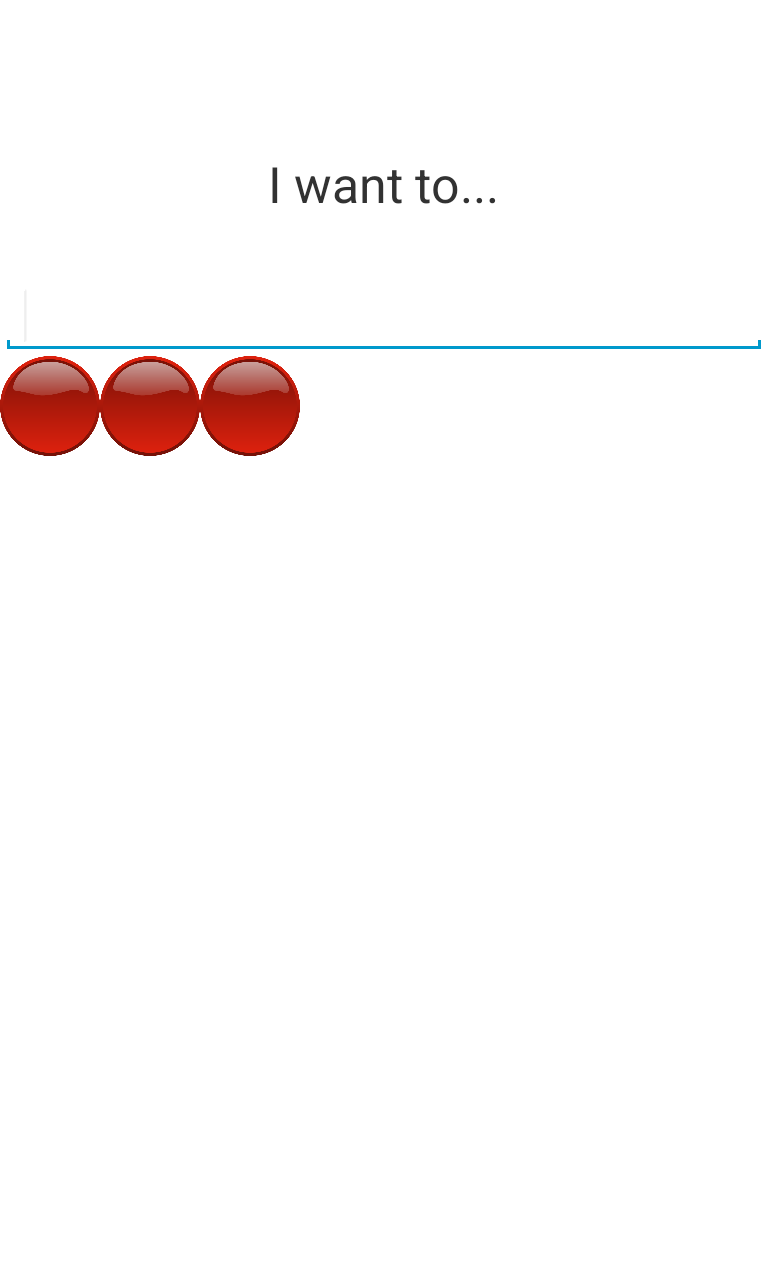
Repository: sbobra/women-startupweekend-sf
Layout: LaundryList/res/layout/activity_goal1.xml
The author's editor kept a copy of each file at every save. The layout is drawn from the files as they stood at one save, then again after the next save.
It is drawn on a 768 x 1280 px phone screen (xhdpi) without system bars, with theme AppTheme; the app's code is not run.

Above is the layout before, as saved 2013-09-15 04:14:39.

### LaundryList/res/layout/activity_goal1.xml
<LinearLayout xmlns:android="http://schemas.android.com/apk/res/android"
    xmlns:tools="http://schemas.android.com/tools"
    android:layout_width="match_parent"
    android:layout_height="match_parent"
    android:layout_gravity="center"
    android:orientation="vertical" >

    <TextView
        android:id="@+id/welcomeText"
        android:layout_width="wrap_content"
        android:layout_height="wrap_content"
        android:layout_gravity="center"
        android:layout_marginTop="75dp"
        android:text="I want to..."
        android:textSize="25sp" />

    <EditText
            android:id="@+id/usernameTextBox"
            android:layout_width="wrap_content"
            android:layout_height="wrap_content"
            android:layout_marginTop="30dp"
            android:ems="30"
            android:inputType="textEmailAddress" >

            <requestFocus />
        </EditText>

    <LinearLayout
            android:layout_width="wrap_content"
            android:layout_height="wrap_content"
            android:layout_centerHorizontal="true"
            android:orientation="horizontal" >

            <ImageView
                android:id="@+id/do"
                android:layout_width="50dp"
                android:layout_height="50dp"
                android:src="@drawable/redbutton" />

            <ImageView
                android:id="@+id/see"
                android:layout_width="50dp"
                android:layout_height="50dp"
                android:src="@drawable/redbutton" />

            <ImageView
                android:id="@+id/learn"
                android:layout_width="50dp"
                android:layout_height="50dp"
                android:src="@drawable/redbutton" />
        </LinearLayout>

</LinearLayout>

Loaded but not shown: LaundryList/res/values/styles.xml (common file); LaundryList/res/values-v11/styles.xml (common file); LaundryList/res/values-v14/styles.xml (common file)

After the next save:
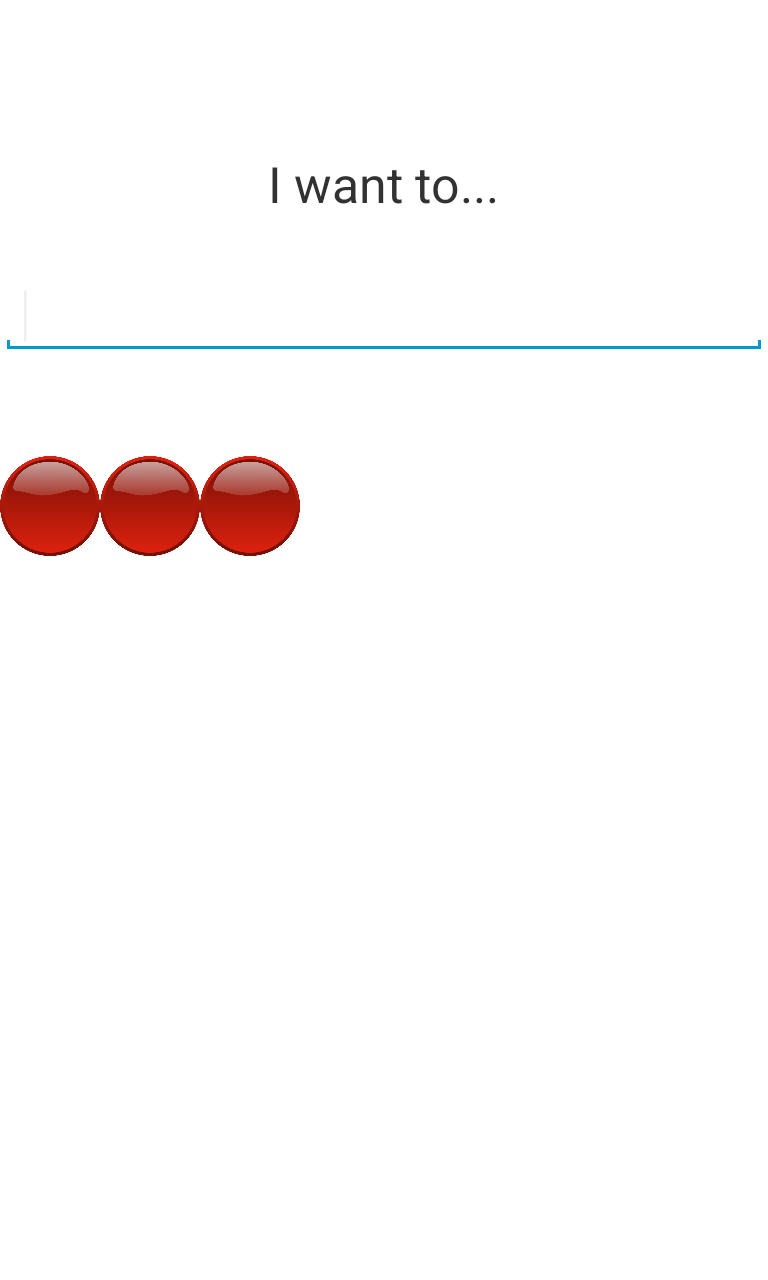
Saved 14 s later.
--- a/LaundryList/res/layout/activity_goal1.xml
+++ b/LaundryList/res/layout/activity_goal1.xml
@@ -28,7 +28,7 @@
     <LinearLayout
             android:layout_width="wrap_content"
             android:layout_height="wrap_content"
-            android:layout_centerHorizontal="true"
+            android:layout_marginTop="50dp"
             android:orientation="horizontal" >
 
             <ImageView
